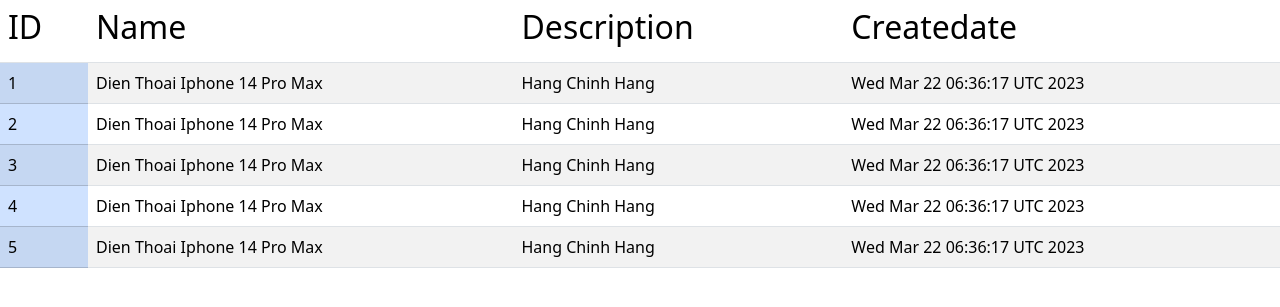
Repository: saiyagodvp/_java4
Page: http://localhost/slide4/product
These files come from the project's save history. The page is drawn as it stood at one moment and after the next save; the edit follows.
The browser window is 1280 px wide. The pictures show the whole page.
The page is served by Tomcat 9.

Above is the page before, as saved 2023-03-24 10:58:56.

After the next save:
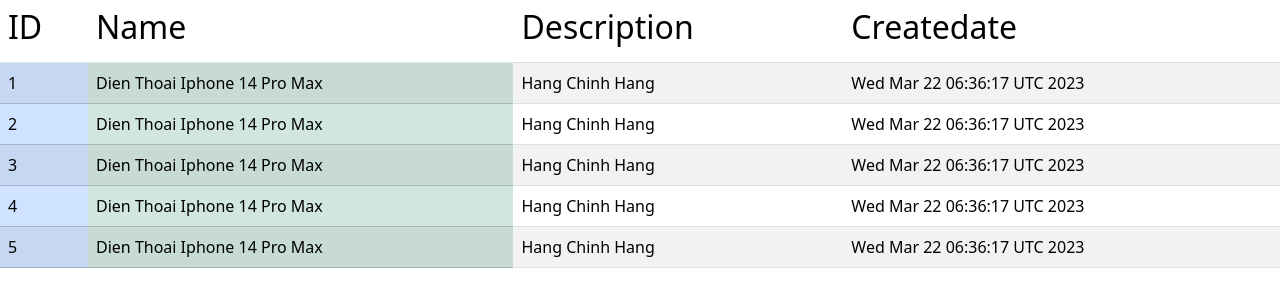
Saved 16 s later.
--- a/slide4/src/main/webapp/product/list.jsp
+++ b/slide4/src/main/webapp/product/list.jsp
@@ -50,7 +50,7 @@
 			<c:forEach items="${listProducts}" var="p">
 				<tr>
 					<td class="table-primary">${p.id}</td>
-					<td>${p.name}</td>
+					<td class="table-success">${p.name}</td>
 					<td>${p.description}</td>
 					<td>${p.createdate}</td>
 				</tr>
